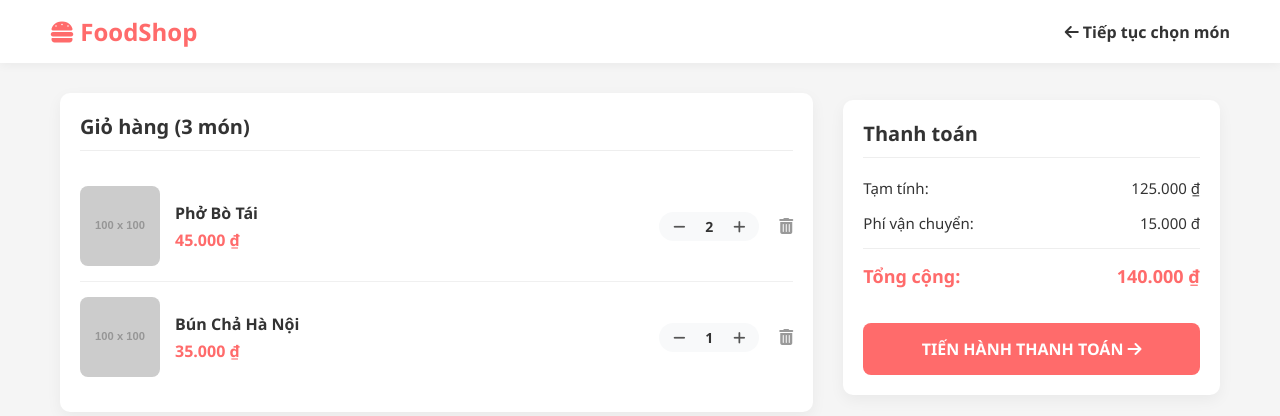
Repository: daichim2415-debug/quan_an
Page: public/cart.html
An editor plug-in stored every save of this project. The page is shown before and after the next save, followed by the edit.
The browser window is 1280 px wide. The pictures show the whole page.

Above is the page before, as saved 2025-12-05 01:42:05.

After the next save:
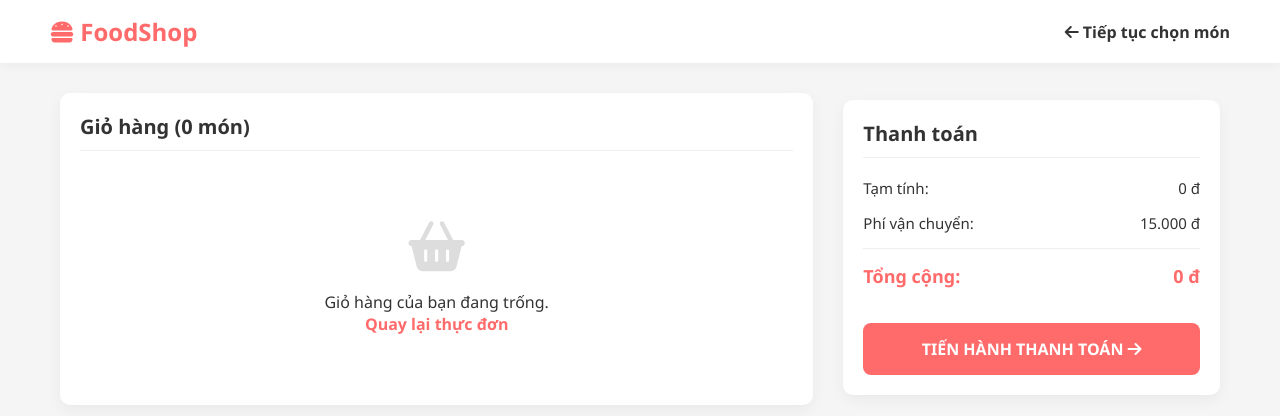
Saved 5 min 44 s later.
--- a/public/cart.html
+++ b/public/cart.html
@@ -119,11 +119,7 @@
         }
 
         // Dữ liệu giả để test giao diện (Vì chưa kết nối localStorage từ trang chủ)
-        let cartData = [
-            { id: 1, name: "Phở Bò Tái", price: 45000, img: "https://via.placeholder.com/100", quantity: 2 },
-            { id: 2, name: "Bún Chả Hà Nội", price: 35000, img: "https://via.placeholder.com/100", quantity: 1 }
-        ];
-
+        let cartData = JSON.parse(localStorage.getItem('shoppingCart')) || [];
         // Lấy dữ liệu từ LocalStorage (Nếu có thật thì dùng, không thì dùng dữ liệu giả ở trên để test)
         const storedCart = localStorage.getItem('shoppingCart');
         if (storedCart) {
